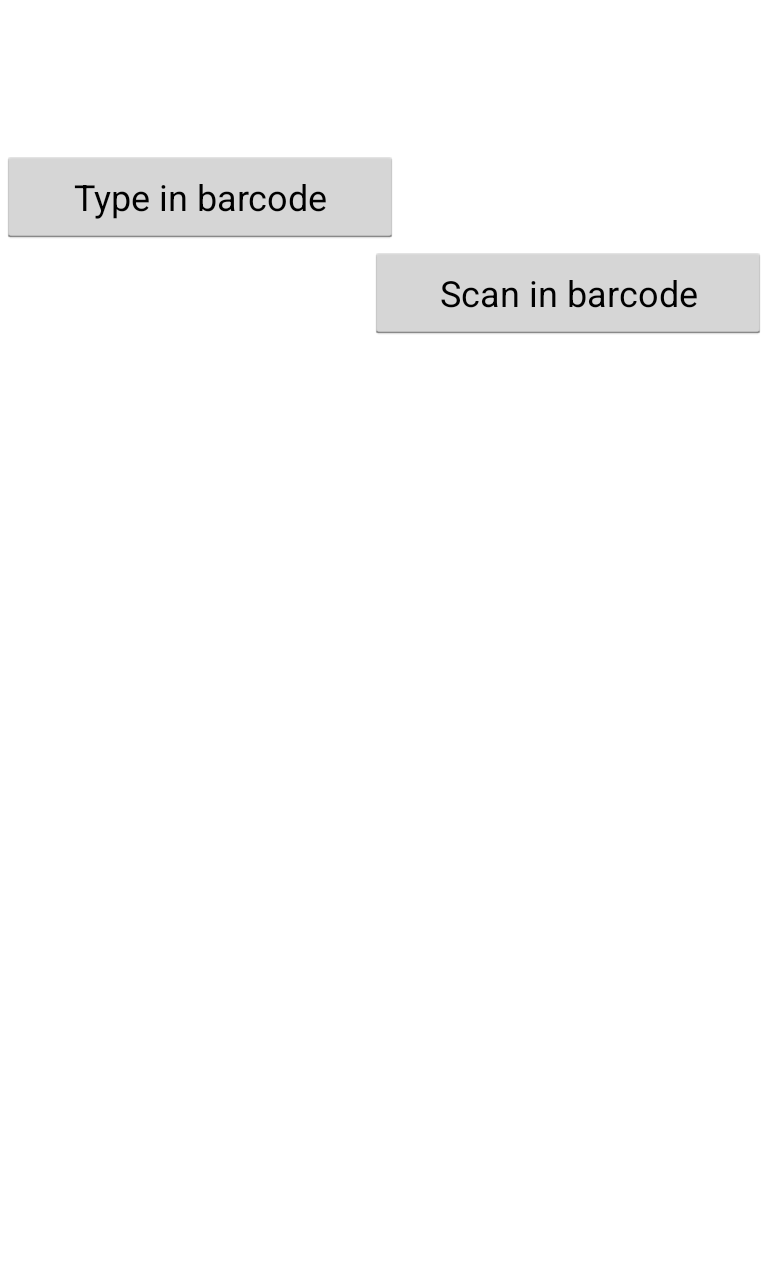
Repository: harvard-lil/wtwba-android-app
Layout: wtwba/res/layout/activity_scan_error.xml
An editor plug-in stored every save of this project. The layout is shown before and after the next save, followed by the edit.
It is drawn on a 768 x 1280 px phone screen (xhdpi) without system bars, with theme AppTheme; the app's code is not run.

Above is the layout before, as saved 2013-03-18 16:38:28.

After the next save:
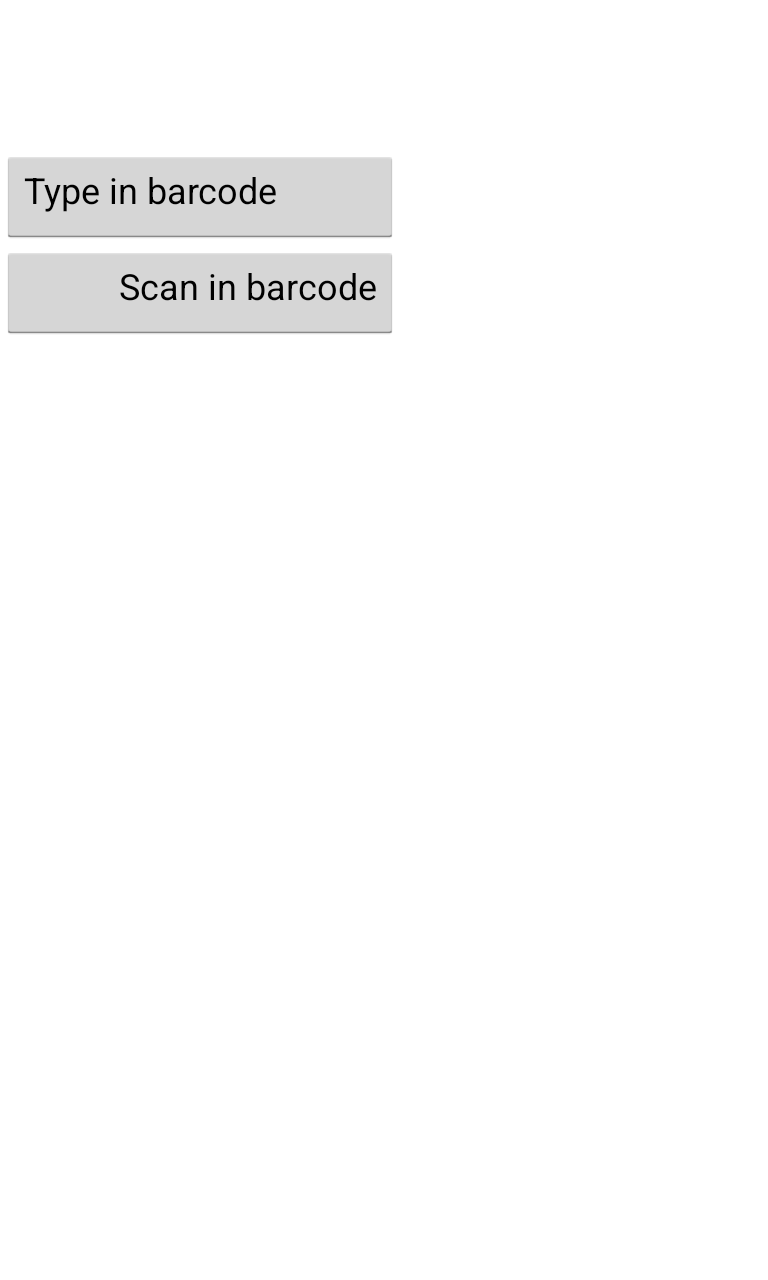
Saved 9 s later.
--- a/wtwba/res/layout/activity_scan_error.xml
+++ b/wtwba/res/layout/activity_scan_error.xml
@@ -16,13 +16,13 @@
     <Button
         android:layout_width="200dp"
         android:layout_height="wrap_content"
-        android:layout_gravity="left"
+        android:gravity="left"
         android:text="@string/button_key_item"
         android:onClick="keyItem"/>
     <Button
         android:layout_width="200dp"
         android:layout_height="wrap_content"
-        android:layout_gravity="right"
+        android:gravity="right"
         android:text="@string/button_scan_item"
         android:onClick="scanItem"/>
 </LinearLayout>
